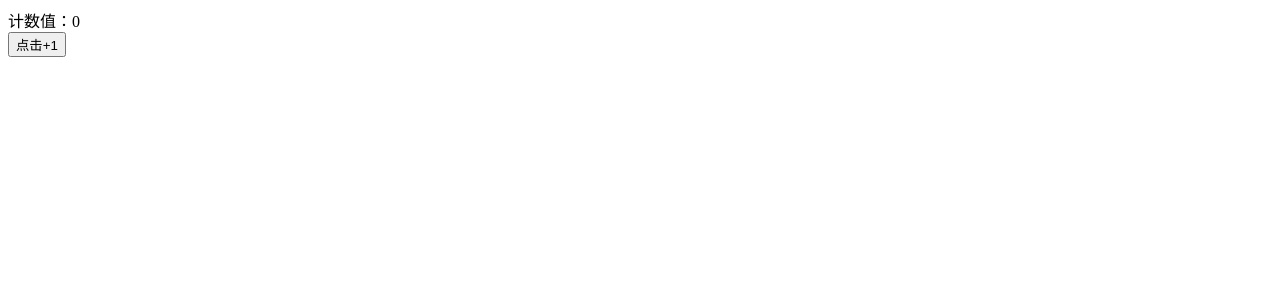
Repository: xzm1997/react-learning
Page: /
These files come from the project's save history. The page is drawn as it stood at one moment and after the next save; the edit follows.
The browser window is 1280 px wide. The pictures show the whole page.
The project was rebuilt for these pictures with package versions that can differ from the ones it lists, and the page was loaded fresh each time. Also part of the build but not shown: src/index.css.

Above is the page before, as saved 2023-02-11 21:16:24.

After the next save:
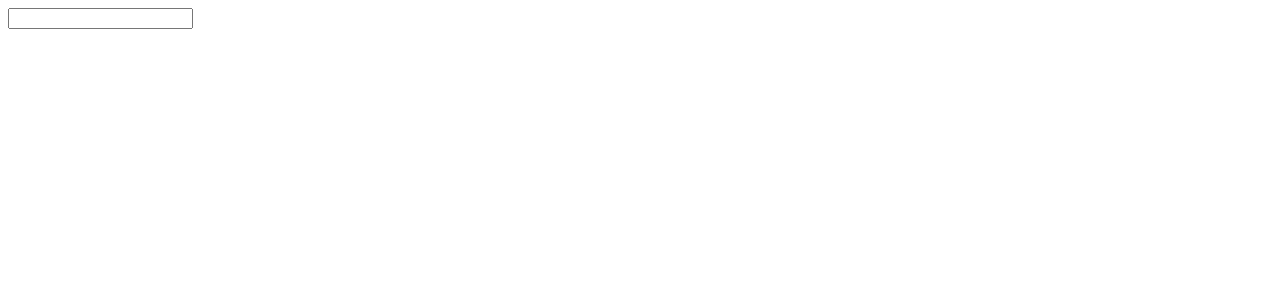
Saved 15 s later.
--- a/src/component/TextChange/TextChange.js
+++ b/src/component/TextChange/TextChange.js
@@ -1,20 +1,21 @@
-import { useState } from 'react';
+import React from 'react';
 
-const Son = ({ setCount }) => {
-    return <button onClick={setCount}>点击+1</button>;
-};
+class Input extends React.Component {
+  handleChanged = (e) => {
+    this.onChangeText(e.target.text)
+  }
+  render() {
+    return <input onChange={this.handleTextChanged} />
+  }
+}
 
-const Father = () => {
-  let [count, setCount] = useState(0);
-  const setFunc = function() {
-    count += 1;
+export default class HomePage extends React.Component {
+  handleTextChanged = (text) => {
+    console.log(text)
   }
-  return (
-    <div>
-        <div>计数值：{count}</div>
-        <Son setCount={setFunc} />
-    </div>
-  );
-};
-
-export default Father;
+  render() {
+    return (
+        <Input onChangeText={this.handleTextChanged} />
+      )
+  }
+}

After the save that followed:
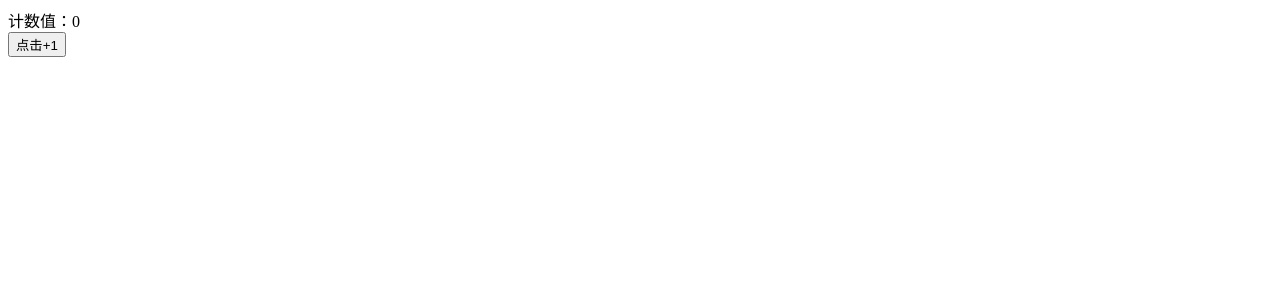
Saved 5 s later.
--- a/src/component/TextChange/TextChange.js
+++ b/src/component/TextChange/TextChange.js
@@ -1,21 +1,17 @@
-import React from 'react';
+import { useState } from 'react';
 
-class Input extends React.Component {
-  handleChanged = (e) => {
-    this.onChangeText(e.target.text)
-  }
-  render() {
-    return <input onChange={this.handleTextChanged} />
-  }
-}
+const Son = ({ setCount }) => {
+    return <button onClick={() => setCount(count => count + 1)}>点击+1</button>;
+};
 
-export default class HomePage extends React.Component {
-  handleTextChanged = (text) => {
-    console.log(text)
-  }
-  render() {
+const Father = () => {
+    const [count, setCount] = useState(0);
     return (
-        <Input onChangeText={this.handleTextChanged} />
-      )
-  }
-}
+        <>
+            <div>计数值：{count}</div>
+            <Son setCount={setCount} />
+        </>
+    );
+};
+
+export default Father;
